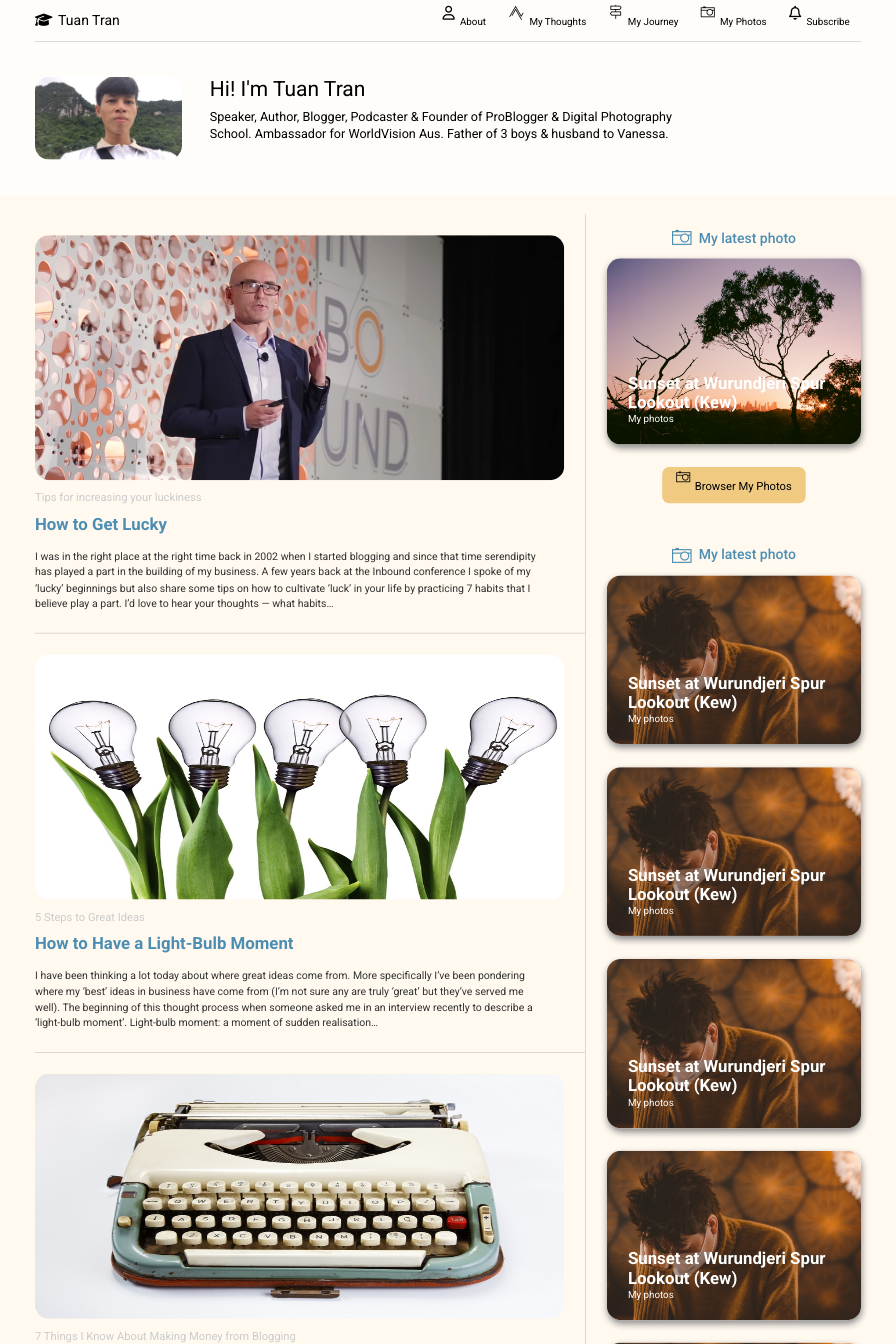
Repository: TranDinhTuann/Blog-Demo
Page: index.html
An editor plug-in stored every save of this project. The page is shown before and after the next save, followed by the edit.
The browser window is 1280 px wide. The pictures show the part of the page from y = 0 to 1920 px (the page is 2830 px tall), at 70% of full size.

Above is the page before, as saved 2023-03-22 21:48:21.

### index.html
<!DOCTYPE html>
<html lang="en">
<head>
    <meta charset="UTF-8">
    <meta http-equiv="X-UA-Compatible" content="IE=edge">
    <meta name="viewport" content="width=device-width, initial-scale=1.0">
    <title>Blog của Tuấn</title>
    <link rel="stylesheet" href="./assets/css/base.css">
    <link rel="stylesheet" href="./assets/css/main.css">
    <link rel="stylesheet" href="https://cdnjs.cloudflare.com/ajax/libs/normalize/8.0.1/normalize.min.css">
    <link rel="stylesheet" href="./assets/fonts/fontawesome-free-6.2.1-web/css/all.min.css">
    <link rel="stylesheet" href="./assets/fonts/themify-icons/themify-icons.css">
    <link rel="preconnect" href="https://fonts.googleapis.com"><link rel="preconnect" href="https://fonts.gstatic.com" crossorigin><link href="https://fonts.googleapis.com/css2?family=Roboto:wght@300;400;500;700&display=swap" rel="stylesheet">
</head>
<body>
    <div class="app">
        <div class="header">
            <nav class="navbar">
                <a class="navbar__head">
                    <i class="navbar__head-icon fa-solid fa-graduation-cap"></i>
                    <div class="navbar__name">Tuan Tran</div>
                </a>

                <ul class="navbar__list">
                    <li class="navbar__list-item">
                        <a href="" class="navbar__list-item-link">
                            <i class="navbar__list-item-icon fa-regular fa-user"></i>
                            <span class="navbar__list-item-text">About</span>
                        </a>
                    </li>
                    <li class="navbar__list-item">
                        <a href="" class="navbar__list-item-link">
                            <i class="navbar__list-item-icon fa-brands fa-think-peaks"></i>
                            <span class="navbar__list-item-text">My Thoughts</span>
                        </a>
                    </li>
                    <li class="navbar__list-item">
                        <a href="" class="navbar__list-item-link">
                            <i class="navbar__list-item-icon ti-direction-alt"></i>
                            <span class="navbar__list-item-text">My Journey</span>
                        </a>
                    </li>
                    <li class="navbar__list-item">
                        <a href="" class="navbar__list-item-link">
                            <i class="navbar__list-item-icon ti-camera"></i>
                            <span class="navbar__list-item-text">My Photos</span>
                        </a>
                    </li>
                    <li class="navbar__list-item">
                        <a href="" class="navbar__list-item-link">
                            <i class="navbar__list-item-icon fa-regular fa-bell"></i>
                            <span class="navbar__list-item-text">Subscribe</span>
                        </a>
                    </li>
                </ul>
            </nav>

            <div class="intro">
                <div class="intro__img">
                    <img src="./assets/img/logo.JPG" alt="" class="intro__img-image">
                </div>
                <div class="intro__text">
                    <div class="intro__head">Hi! I'm Tuan Tran </div>
                    <div class="intro__des">Speaker, Author, Blogger, Podcaster & Founder of ProBlogger & Digital Photography School. Ambassador for WorldVision Aus. Father of 3 boys & husband to Vanessa.</div>
                </div>
            </div>
        </div>

        <div class="grid">
            <div class="grid1">
                <div class="content">
                    <div class="columns">
                        <div class="img-human">
                            <img class="img-ong" src="./assets/img/slider/human1.png" alt="">
                        </div>
                        <div class="column-text">
                            <p class="des">Tips for increasing your luckiness</p>
                            <div class="heading">How to Get Lucky</div>
                            <div class="sub-heading">I was in the right place at the right time back in 2002 when I started blogging and since that time serendipity has played a part in the building of my business. A few years back at the Inbound conference I spoke of my ‘lucky’ beginnings but also share some tips on how to cultivate ‘luck’ in your life by practicing 7 habits that I believe play a part. I’d love to hear your thoughts — what habits…</div>
                        </div>
                    </div>
                    <div class="columns">
                        <div class="img-human">
                            <img class="img-ong" src="./assets/img/slider/human2.jpg" alt="">
                        </div>
                        <div class="column-text">
                            <p class="des">5 Steps to Great Ideas</p>
                            <div class="heading">How to Have a Light-Bulb Moment</div>
                            <div class="sub-heading">I have been thinking a lot today about where great ideas come from. More specifically I’ve been pondering where my ‘best’ ideas in business have come from (I’m not sure any are truly ‘great’ but they’ve served me well). The beginning of this thought process when someone asked me in an interview recently to describe a ‘light-bulb moment’. Light-bulb moment: a moment of sudden realisation…</div>
                        </div>
                    </div>
                    <div class="columns">
                        <div class="img-human">
                            <img class="img-ong" src="./assets/img/slider/human3.jpg" alt="">
                        </div>
                        <div class="column-text">
                            <p class="des">7 Things I Know About Making Money from Blogging</p>
                            <div class="heading">Can You REALLY Make Money Blogging?</div>
                            <div class="sub-heading">Can You REALLY Make Money Blogging? 7 Things I Know About Making Money from Blogging Every now and again I am pulled aside at a conference or am emailed and/or tweeted by someone wanting to get the “real” scoop on whether it is possible to make money blogging. Is it really possible to make a living from blogging? Is it just a small number of people making money from blogging? Is it only really…</div>
                        </div>
                    </div>
                    <div class="columns no--border">
                        <div class="img-human">
                            <img class="img-ong" src="./assets/img/slider/human4.png" alt="">
                        </div>
                        <div class="column-text">
                            <p class="des">Writing tips from a professional blogger</p>
                            <div class="heading">20 Quick Tips on Writing Great Blog Posts</div>
                            <div class="sub-heading">Tell your story — it is what makes your content unique Share how you feel — it will take your readers to a deeper place You’ll never please everyone — the sooner you come to peace with this, the better Write about things that matter to you — passion is infectious Inform, Inspire and Interact — aim to do these things every week! Experiment with different styles of writing — it will help you find…</div>
                        </div>
                    </div>
                    <div class="btn-content">
                        <button class="btn-thought">
                            <i class="navbar__list-item-icon fa-brands fa-think-peaks"></i>
                            <span class="my-thoughts">Browser My Thoughts</span>
                        </button>
                    </div>
                </div>

                <div class="sitebar">
                    <div class="row">
                        <div class="row-head">
                            <i class="row-icon ti-camera"></i>
                            <div class="row-heading">My latest photo</div>
                        </div>
                        <div class="row-img">
                            <img src="./assets/img/slider/nature1.jpg" alt="" class="img-nature">
                            <div class="row-text">
                                <div class="text-heading">Sunset at Wurundjeri Spur Lookout (Kew)</div>
                                <div class="text-des">My photos</div>
                            </div>
                        </div>
                    </div>

                    <div class="row">
                        <div class="btn-content">
                            <button class="btn-thought">
                                <i class="navbar__list-item-icon ti-camera"></i>
                                <span class="my-thoughts">Browser My Photos</span>
                            </button>
                        </div>
                    </div>

                    <div class="row">
                        <div class="row-head">
                            <i class="row-icon ti-camera"></i>
                            <div class="row-heading">My latest photo</div>
                        </div>
                        <div class="row-img">
                            <img src="./assets/img/slider/nature2.jpg" alt="" class="img-nature">
                            <div class="row-text">
                                <div class="text-heading">Sunset at Wurundjeri Spur Lookout (Kew)</div>
                                <div class="text-des">My photos</div>
                            </div>
                        </div>
                        <div class="row-img">
                            <img src="./assets/img/slider/nature2.jpg" alt="" class="img-nature">
                            <div class="row-text">
                                <div class="text-heading">Sunset at Wurundjeri Spur Lookout (Kew)</div>
                                <div class="text-des">My photos</div>
                            </div>
                        </div>
                        <div class="row-img">
                            <img src="./assets/img/slider/nature2.jpg" alt="" class="img-nature">
                            <div class="row-text">
                                <div class="text-heading">Sunset at Wurundjeri Spur Lookout (Kew)</div>
                                <div class="text-des">My photos</div>
                            </div>
                        </div>
                        <div class="row-img">
                            <img src="./assets/img/slider/nature2.jpg" alt="" class="img-nature">
                            <div class="row-text">
                                <div class="text-heading">Sunset at Wurundjeri Spur Lookout (Kew)</div>
                                <div class="text-des">My photos</div>
                            </div>
                        </div>
                        <div class="row-img">
                            <img src="./assets/img/slider/nature2.jpg" alt="" class="img-nature">
                            <div class="row-text">
                                <div class="text-heading">Sunset at Wurundjeri Spur Lookout (Kew)</div>
                                <div class="text-des">My photos</div>
                            </div>
                        </div>
                        <div class="row-img">
                            <img src="./assets/img/slider/nature2.jpg" alt="" class="img-nature">
                            <div class="row-text">
                                <div class="text-heading">Sunset at Wurundjeri Spur Lookout (Kew)</div>
                                <div class="text-des">My photos</div>
                            </div>
                        </div>
                    </div>

                    <div class="row">
                        <div class="btn-content">
                            <button class="btn-thought">
                                <i class="navbar__list-item-icon ti-direction-alt"></i>
                                <span class="my-thoughts">Browser My Journey</span>
                            </button>
                        </div>
                    </div>
                </div>
            </div>
        </div>

        <footer class="footer">

        </footer>
    </div>
</body>
</html>

### assets/css/base.css
:root {
    --white-color: #fff;
    --black-color: #000;
    --text-color: #333;
    --primary-color: #fff9ef;
    --header-primary-color: rgb(255, 253, 249);
}

* {
    box-sizing: inherit;
}

html {
    /* hack */
    font-size: 62.5%;
    line-height: 1.6rem;
    font-family: 'Roboto', sans-serif;
    box-sizing: border-box;
}

@keyframes fadeIn {
    from{
        opacity: 0;
    }
    to{
        opacity: 1;
    }
}

@keyframes growth {
    from{
        transform: calc(0);
    }
    to{
        transform: calc(1);
    }
}

img{
    width: 100%;
    border-radius: 20px;
}
.img-ong{
    height: 350px;
    display: block;
}
.img-human{
    margin-right: 30px;
    height: 350px;
    display: block;
}
a{
    display: block;
    cursor: pointer;
}

### assets/css/main.css
.app{
    height: 1000px;
    background-color: rgb(255, 253, 249);
}

.header{
    height: 280px;
    margin: 0 50px;
}

.navbar{
    height: 60px;
    border-bottom: 1px solid #ccc;
    display: flex;
    align-items: center;
    justify-content: space-between;
}

.navbar__head-icon {
    font-size: 2rem;
    margin-right: 8px;
}

.navbar__name {
    font-size: 2rem;

}

.navbar__head {
    display: flex;
}

.navbar__head:hover {
    cursor: pointer;
    opacity: 0.5;
}

.navbar__list {
    display: flex;
    list-style: none;
    font-size: 1.4rem;
}

.navbar__list-item {
    padding: 0 16px;
    line-height: 60px;
}

.navbar__list-item:hover {
    cursor: pointer;
    opacity: 0.5;
}

.navbar__list-item-link {
    color: #000;
    text-decoration: none;
}

.navbar__list-item-icon{
    font-size: 2rem;
    padding-right: 4px;
    position: relative;
    top: -10px;
}


.intro {
    display: flex;
    margin-top: 50px;
}

.intro__img {
    width: 30%;
    height: 50px;
}

.intro__img-image {
    width: 100%;
    background-size:cover;
}

.intro__text{
    padding-left: 40px;
}

.intro__head {
    font-size: 3rem;
}

.intro__des {
    font-size: 1.8rem;
    padding: 10px 250px 0 0;
    line-height: 2.4rem;
}


/* Grid */
.grid {
    background-color: rgb(255, 249, 239);
    /* height: 6000px; */
    /* display: flex; */
}
.grid1  {
    margin: 0 50px;
    display: flex;
    padding-top: 26px;
}
.content {
    border-right: 1px solid #ccc;
    /* height: 600px; */
    flex: 2;
}
.columns {
    padding: 30px 0;
    border-bottom: 1px solid #ccc;
    cursor: pointer;
}
.columns.no--border{
    border: none;
}
.sitebar {
    flex: 1;
}

.column-text{
    padding: 0 50px 0 0;
}
.des{
    font-size: 16px;
    color: #ccc;
}
.heading {
    font-size: 24px;
    font-weight: 700;
    color: #4c8eb3;
}
.sub-heading {
    color: #333333;
    font-size: 15px;
    padding-top: 20px;
    line-height: 1.5;
}
.btn-content{
    display: flex;
    align-items: center;
    justify-content: center;
    color: #000;
    padding-bottom: 30px;
}
.btn-thought {
    padding: 14px 20px;
    display: block;
    background-color: rgb(241, 202, 130);
    outline: none;
    border: none;
    border-radius: 10px;
}
.btn-thought:hover{
    background-color:  rgba(241, 202, 130, 0.6);
}
.my-thoughts{
    font-size: 16px;
}

/* sitebar */
.row{
    margin: 20px 0 30px 30px;
}
.row-head {
    display: flex;
    align-items: center;
    justify-content: center;
    color: #4c8eb3;
    padding-bottom: 15px;
}
.row-icon{
    font-size: 28px;
    margin-right: 10px;
}
.row-heading{
    font-size: 20px;
    font-weight: 500;
}
.row-img{
    position: relative;
    margin-bottom: 30px;
}
.row-text{
    position: absolute;
    bottom: 30px;
    left: 30px;
    color: #fff;
}
.text-heading{
    font-size: 24px;
    font-weight: 1000;
}
.text-des{
    font-size: 14px;
    line-height: 18px;
}
.img-nature{
    box-shadow: 1px 5px 10px #888888;
}

/* footer */
.footer{
    height: 50px;
}

Loaded but not shown: assets/fonts/fontawesome-free-6.2.1-web/css/all.min.css (library); assets/fonts/themify-icons/themify-icons.css (common file)

After the next save:
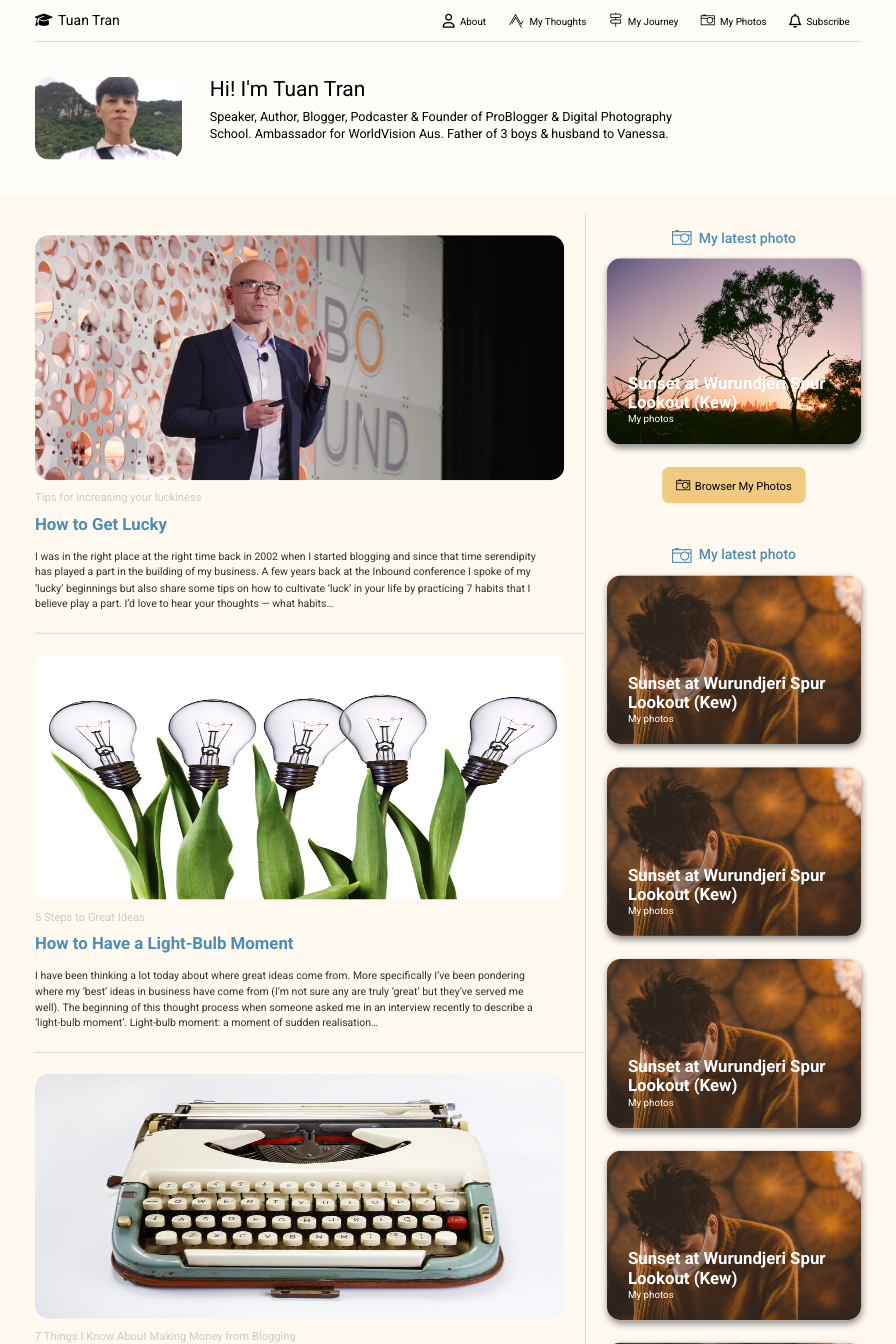
Saved 6 s later.
--- a/assets/css/main.css
+++ b/assets/css/main.css
@@ -60,7 +60,7 @@
     font-size: 2rem;
     padding-right: 4px;
     position: relative;
-    top: -10px;
+    top: 2px;
 }
 
 
